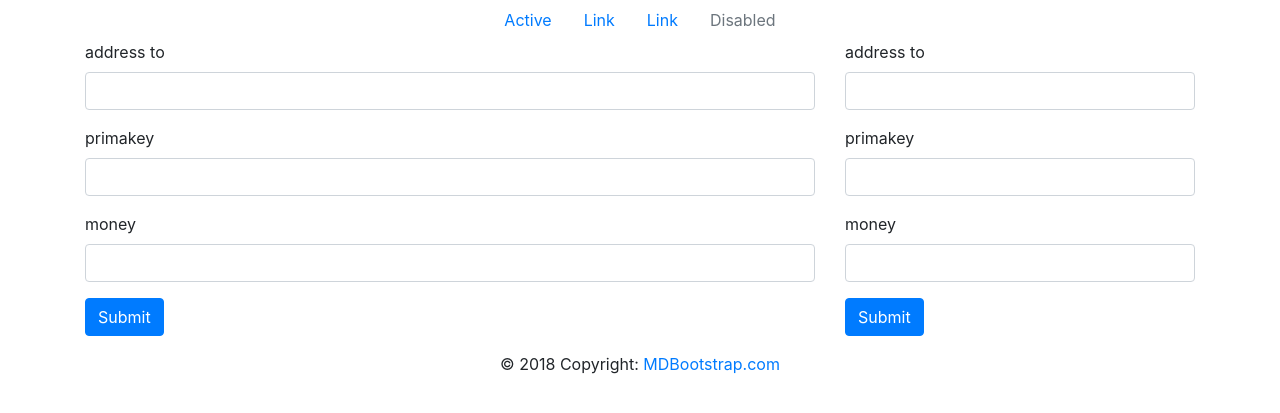
Repository: tienvins/vinsofts-blockchain-training-Oct2018
Page: http://localhost/
These files come from the project's save history. The page is drawn as it stood at one moment and after the next save; the edit follows.
The browser window is 1280 px wide. The pictures show the whole page.
The page is served by the project's Node server (index.js).

Above is the page before, as saved 2018-11-06 09:39:08.

After the next save:
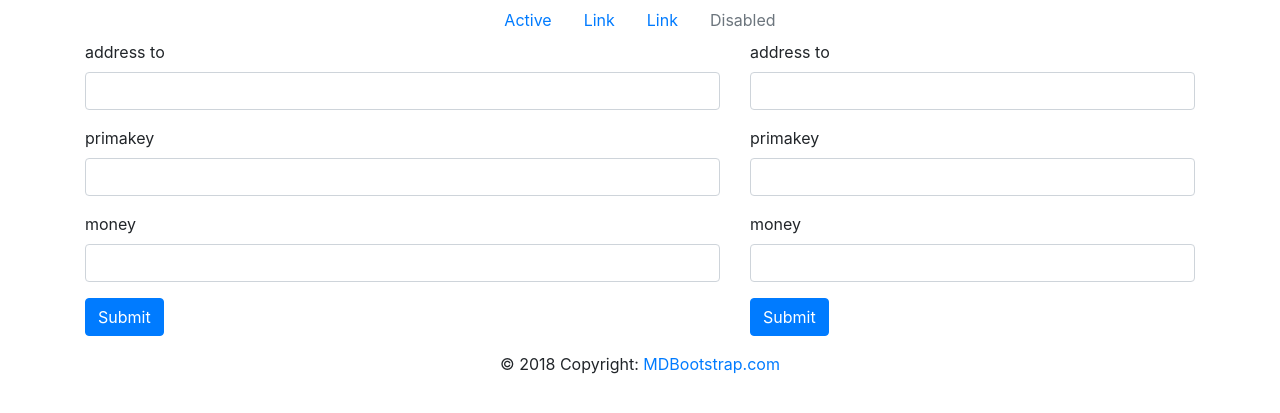
Saved 9 s later.
--- a/tunglt/dappbetting/views/home/index.ejs
+++ b/tunglt/dappbetting/views/home/index.ejs
@@ -3,7 +3,7 @@
 
 <div class="container">
   <div class="row">
-    <div class="col-md-8">
+    <div class="col-md-7">
       <form method="POST" action="transfer">
         <div class="form-group">
           <label>address to</label>
@@ -22,7 +22,7 @@
 
 
     </div>
-    <div class="col-md-4">
+    <div class="col-md-5">
       <form method="POST" action="transfer">
         <div class="form-group">
           <label>address to</label>
